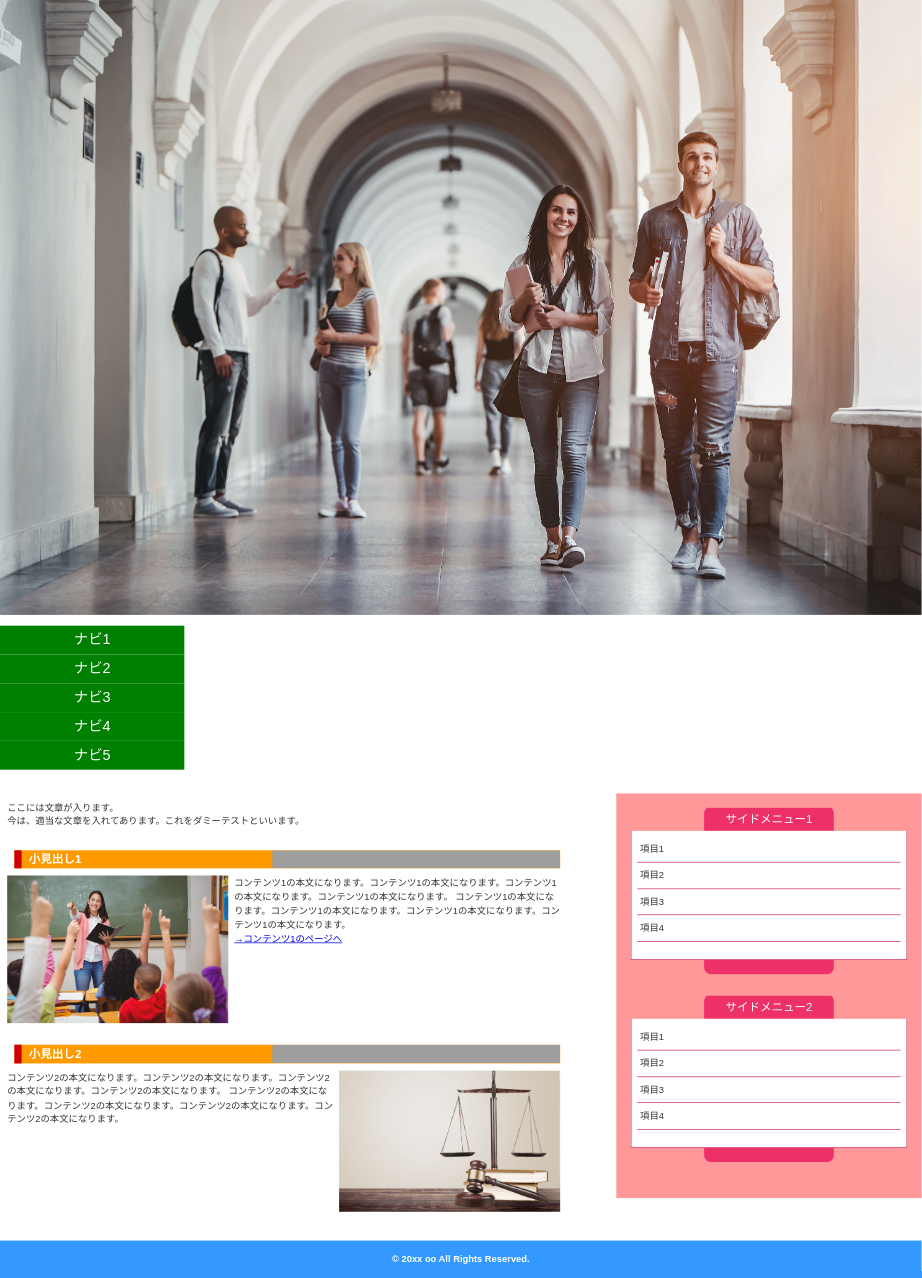
Repository: megumimorisawa/samurai_HTML-CSS
Page: samurai/index.html
The author's editor kept a record of every edit. The page is drawn from the files as they stood at one moment, then again after the next edit.
The browser window is 1280 px wide. The pictures show the whole page, at 72% of full size.
Pictures or frames that could not be fetched are drawn as grey boxes.

Above is the page before.

After the next edit:
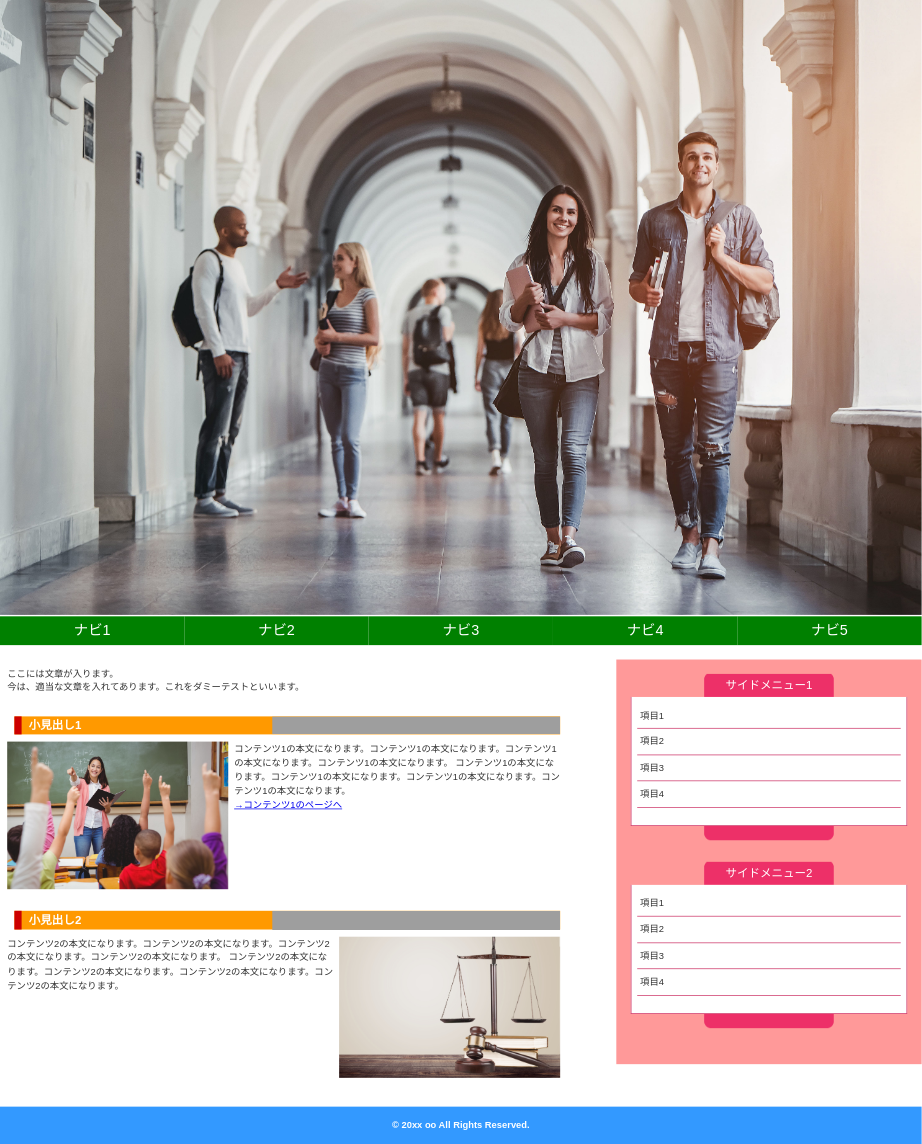
The edit:
--- a/samurai/stylesheet.css
+++ b/samurai/stylesheet.css
@@ -46,7 +46,7 @@
 }
 
 #nav ul {
-	disolay: flex
+	display: flex;
 	margin: 0;
 	padding: 0;
 	list-style-type: none;
